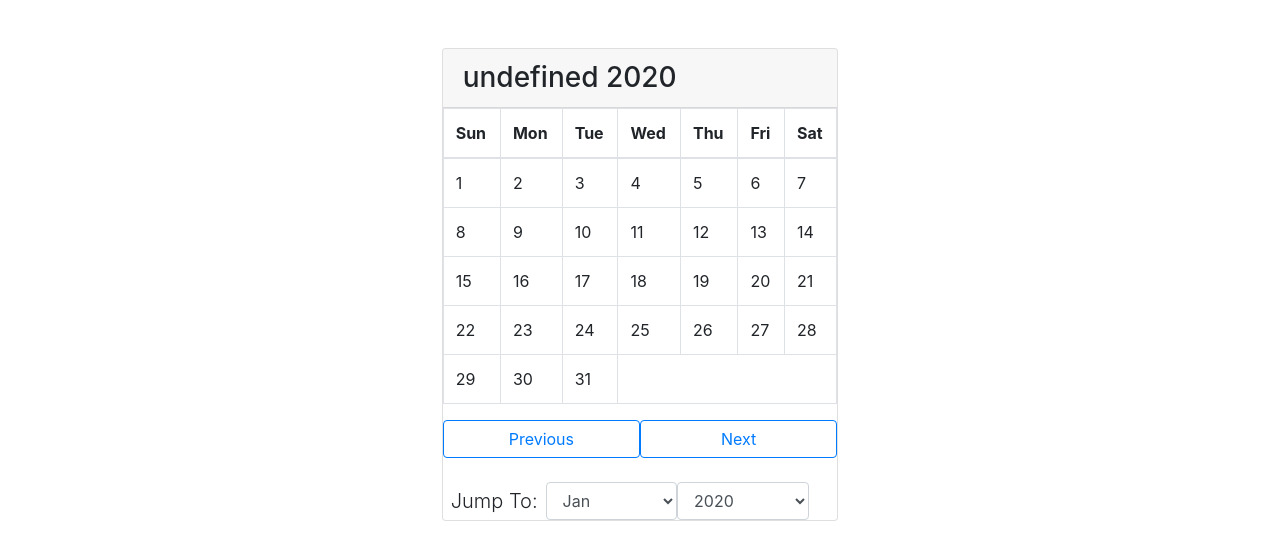
Repository: kkyler24/DayPlanner
Page: Index.html
These files come from the project's save history. The page is drawn as it stood at one moment and after the next save; the edit follows.
The browser window is 1280 px wide. The pictures show the whole page.
Some web libraries are served in a nearby version.

Above is the page before, as saved 2020-03-24 23:25:23.

### Index.html
<!DOCTYPE html>
<html lang="en">
<head>
    <meta charset="UTF-8">
    <meta name="viewport" content="width=device-width, initial-scale=1.0">
    <!-- Style Sheets -->
    <link rel="stylesheet" href="https://maxcdn.bootstrapcdn.com/bootstrap/4.0.0/css/bootstrap.min.css" integrity="sha384-Gn5384xqQ1aoWXA+058RXPxPg6fy4IWvTNh0E263XmFcJlSAwiGgFAW/dAiS6JXm" crossorigin="anonymous">
    <link rel="text/CSS"  href="style.css">
    <title>Planner</title>
</head>
<body>
<Main>
<Section>
    <div class="container col-sm-4 col-md-7 col-lg-4 mt-5">
        <div class="card">
            <h3 class="card-header" id="monthAndYear"></h3>
            <table class="table table-bordered table-responsive-sm" id="calendar">
                <thead>
                <tr>
                    <th>Sun</th>
                    <th>Mon</th>
                    <th>Tue</th>
                    <th>Wed</th>
                    <th>Thu</th>
                    <th>Fri</th>
                    <th>Sat</th>
                </tr>
                </thead>

                <tbody id="calendar-body">

                </tbody>
            </table>

            <div class="form-inline">

                <button class="btn btn-outline-primary col-sm-6" id="previous" onclick="previous()">Previous</button>

                <button class="btn btn-outline-primary col-sm-6" id="next" onclick="next()">Next</button>
            </div>
            <br/>
            <form class="form-inline">
                <label class="lead mr-2 ml-2" for="month">Jump To: </label>
                <select class="form-control col-sm-4" name="month" id="month" onchange="jump()">
                    <option value=0>Jan</option>
                    <option value=1>Feb</option>
                    <option value=2>Mar</option>
                    <option value=3>Apr</option>
                    <option value=4>May</option>
                    <option value=5>Jun</option>
                    <option value=6>Jul</option>
                    <option value=7>Aug</option>
                    <option value=8>Sep</option>
                    <option value=9>Oct</option>
                    <option value=10>Nov</option>
                    <option value=11>Dec</option>
                </select>


                <label for="year"></label><select class="form-control col-sm-4" name="year" id="year" onchange="jump()">

                <option value=2020>2020</option>
                <option value=2021>2021</option>
                <option value=2022>2022</option>
                <option value=2023>2023</option>
                <option value=2024>2024</option>
                <option value=2025>2025</option>
                <option value=2026>2026</option>
                <option value=2027>2027</option>
                <option value=2028>2028</option>
                <option value=2029>2029</option>
                <option value=2030>2030</option>
                <option value=2030>2030</option>
                <option value=2030>2030</option>
                <option value=2030>2030</option>
                <option value=2030>2030</option>
            </select></form>
        </div>
    </div>
    <!--<button name="jump" onclick="jump()">Go</button>-->

</Section>
</Main>
<script src="https://code.jquery.com/jquery-3.2.1.slim.min.js" integrity="sha384-KJ3o2DKtIkvYIK3UENzmM7KCkRr/rE9/Qpg6aAZGJwFDMVNA/GpGFF93hXpG5KkN" crossorigin="anonymous"></script>
<script src="https://cdnjs.cloudflare.com/ajax/libs/popper.js/1.12.9/umd/popper.min.js" integrity="sha384-ApNbgh9B+Y1QKtv3Rn7W3mgPxhU9K/ScQsAP7hUibX39j7fakFPskvXusvfa0b4Q" crossorigin="anonymous"></script>
<script src="https://maxcdn.bootstrapcdn.com/bootstrap/4.0.0/js/bootstrap.min.js" integrity="sha384-JZR6Spejh4U02d8jOt6vLEHfe/JQGiRRSQQxSfFWpi1MquVdAyjUar5+76PVCmYl" crossorigin="anonymous"></script>
<!-- <script src="https://cdnjs.cloudflare.com/ajax/libs/jquery/3.2.1/jquery.min.js"></script> -->
<Script src="javascript.js"></Script>
</body>
</html>

### javascript.js
let today = new Date();
let currentMonth = today.getMonth();
let currentYear = today.getFullYear();
let selectYear = document.getElementById("year");
let selectMonth = document.getElementById("month");


let months = ["January", "February", "March", "April", "May", "June", "July", "August", "September", "October", "November", "December"];

let monthAndYear = document.getElementById("monthAndYear");
showCalendar(currentMonth, currentYear);

function showCalendar(month, year){

    let firstDay =(new Date(year, month)).getDay();
    let daysInMonth = 32- new Date(year, month, 32).getDate();

    // -->body of the Calendar<--
    let tbl = document.getElementById("calendar-body");


// -->clear previous cells, for new month<--
    tbl.innerHTML="";

    monthAndYear.innerHTML= months[months]+" "+ year;

    // --> create cells for Calendar<--
    let date = 1;
    for(let i = 0; i < 6; i++){
        let row  = document.createElement("tr");
        // --> creating table rows. not really sure about the 6 part. inquire why you need a 6 and not a 7-->

        // creating indivdual cells, and putting data in them.

        for(let j = 0; j < 7; j++){
            if(i===0 && j< firstDay){
                let cell = document.createElement("td");
                let cellText = document.createTextNode("");
                cell.appendChild(cellText);
                row.appendChild(cell);
            }else if(date> daysInMonth)
             { break;

        } else {
            let cell = document.createElement("td");
            let cellText = document.createTextNode(date);
            cell.appendChild(cellText);
            row.appendChild(cell);


        }
        date++;

        }

        tbl.appendChild(row);

    }

}

function previous(){
    currentYear =( currentMonth === 0)? currentYear -1 : currentYear;
    currentMonth = currentMonth === 0? 11:currentMonth-1;
    showCalendar(currentMonth, currentYear);
}

function next(){
    currentYear = (currentMonth ===11)? currentYear + 1: currentYear;
    currentMonth = (currentMonth + 1) % 12;
    showCalendar (currentMonth, currentYear);

}

After the next save:
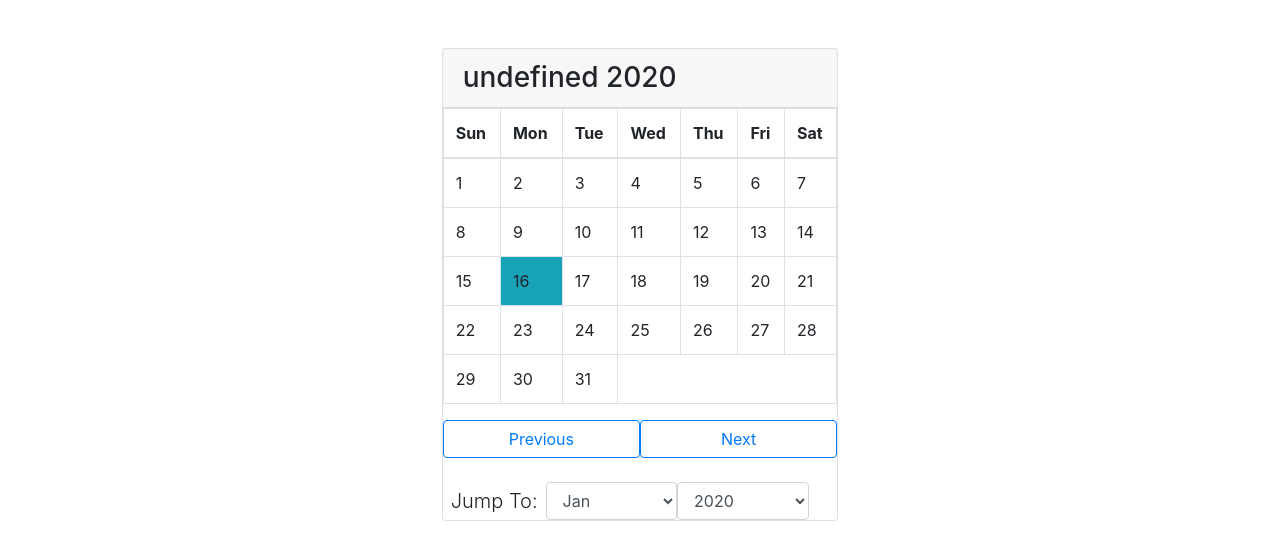
Saved 4 min 34 s later.
--- a/javascript.js
+++ b/javascript.js
@@ -38,12 +38,17 @@ function showCalendar(month, year){
                 let cellText = document.createTextNode("");
                 cell.appendChild(cellText);
                 row.appendChild(cell);
-            }else if(date> daysInMonth)
+            }
+            else if(date > daysInMonth)
              { break;
 
-        } else {
+        }
+        else {
             let cell = document.createElement("td");
             let cellText = document.createTextNode(date);
+            if(date ===today.getDate() && year === today.getFullYear() && month === today.getMonth()){
+                cell.classList.add("bg-info");
+            }
             cell.appendChild(cellText);
             row.appendChild(cell);
 
